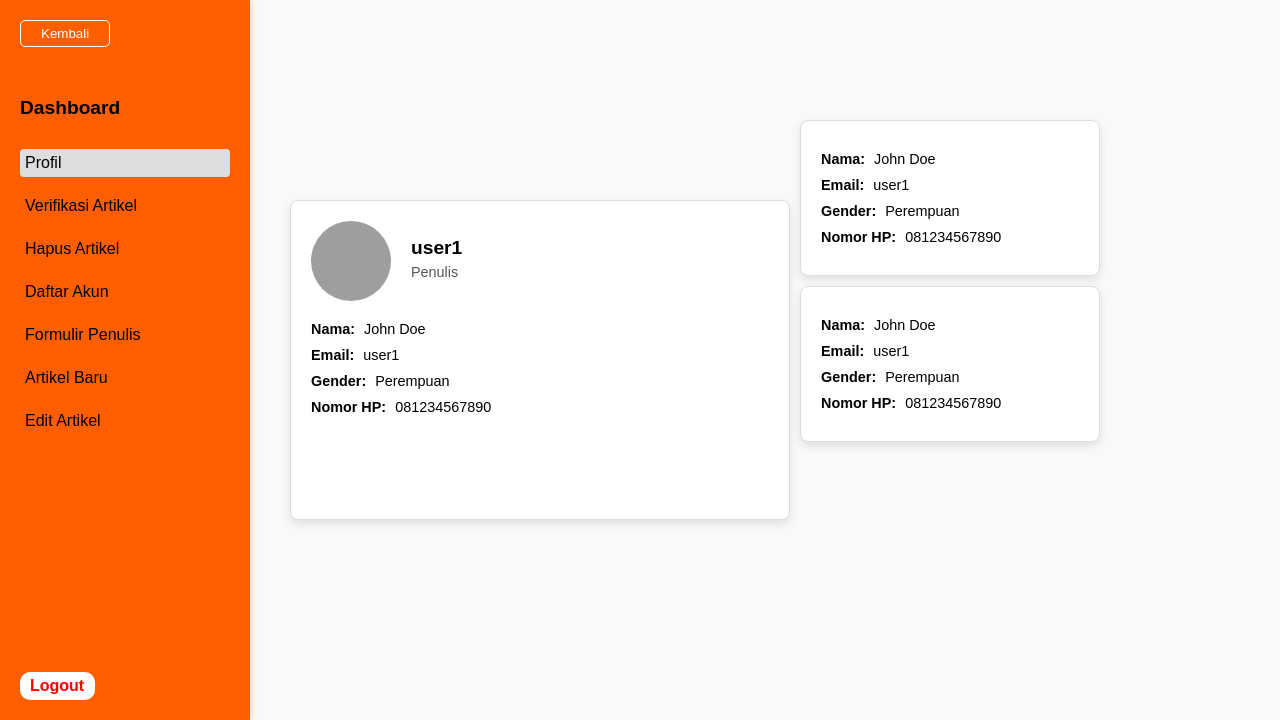
Repository: novalArd/Website_Berita_360News
Page: http://localhost/tes/Profile.php
The author's editor kept a copy of each file at every save. The page is drawn from the files as they stood at one save, then again after a run of saves.
The browser window is 1280 px wide. The pictures show the whole page.
Pictures or frames that could not be fetched are drawn as grey boxes. The page is run by PHP 8.4 with error messages shown; the project is at /var/www/html/. The session is filled in as if someone had signed in: {"user_id": 1, "username": "user1", "role": "admin", "nama_lengkap": "John Doe", "jenis_kelamin": "", "nomor_hp": "081234567890"}. Other server files are loaded and not shown. The database holds what the project's SQL file puts in it.

Above is the page before, as saved 2024-12-16 23:48:28.

### tes/Profile.php
<?php
session_start();
if (!isset($_SESSION['user_id'])) {
    header('Location: ../pagelogin.html'); // Redirect jika belum login
    exit;
}

require '../database.php'; // Jalur diperbarui untuk mengakses database.php dari folder tes

// Ambil data pengguna dari database berdasarkan sesi
$stmt = $conn->prepare("SELECT * FROM users WHERE id = :id");
$stmt->execute(['id' => $_SESSION['user_id']]);
$user = $stmt->fetch(PDO::FETCH_ASSOC);

if (!$user) {
    echo "Pengguna tidak ditemukan.";
    exit;
}
?>

<!DOCTYPE html>
<html lang="id">
<head>
  <meta charset="UTF-8">
  <meta name="viewport" content="width=device-width, initial-scale=1.0">
  <title>Profil Saya</title>
  <link rel="stylesheet" href="profile.css?v=1.0">
</head>
<body>
  <div class="container">
    <!-- Sidebar -->
    <aside class="sidebar">
      <div class="kembali-btn">
        <button>Kembali</button>
      </div>
    <h3>Dashboard</h3>
      <ul>
        <?php if ($_SESSION['role'] === 'admin'): ?>
        <!-- Menu untuk admin -->
        <li><a id="profil" href="admin.php">Profil</a></li>
        <li><a id="verifikasiArtikel" href="verifikasi.php">Verifikasi Artikel</a></li>
        <li><a id="hapusArtikel" href="hapus_artikel.php">Hapus Artikel</a></li>
        <li><a id="daftarAkun" href="daftar_akun.php">Daftar Akun</a></li>
        <li><a id="formulirPenulis" href="form_penulis.php">Formulir Penulis</a></li>
        <li><a id="artikelBaru" href="artikel_baru.php">Artikel Baru</a></li>
        <li><a id="editArtikel" href="edit_artikel.php">Edit Artikel</a></li>
        <?php elseif ($_SESSION['role'] === 'penulis'): ?>
        <!-- Menu untuk penulis -->
        <li><a id="profil" href="Profile.php">Profile</a></li>
        <li><a id="tambahArtikel" href="Tambah.php">Tambah Artikel</a></li>
        <li><a id="editArtikel" href="edit_artikel.php">Edit Artikel</a></li>
        <li><a id="artikelSaya" href="artikel_saya.php">Artikel Saya</a></li>
        <li><a id="hapusArtikel" href="hapus_artikel.php">Hapus Artikel</a></li>
        <?php endif; ?>
      </ul>
    <a href="../logout.php" class="logout">Logout</a>
  </aside>

    <!-- Main Content -->
    <main class="main-content">

      <div class="profile-card" id="profil-nama">
        <div class="profile-header">
          <img src="profile-pic.jpg" alt="Foto Profil" class="profile-img">
          <div>
            <h3><?php echo htmlspecialchars($user['username']); ?></h3>
            <p>Penulis</p>
          </div>
        </div>
        <div class="profile-details">
          <p><strong>Nama:</strong> <?php echo htmlspecialchars($user['nama_lengkap']); ?></p>
          <p><strong>Email:</strong> <?php echo htmlspecialchars($user['username']); ?></p>
          <p><strong>Gender:</strong> <?php echo $user['jenis_kelamin'] == 'L' ? 'Laki-laki' : 'Perempuan'; ?></p>
          <p><strong>Nomor HP:</strong> <?php echo htmlspecialchars($user['nomor_hp']); ?></p>
        </div>
      </div>
      <div class="profile-2">
      <div class="profile-card">
        <div class="profile-details">
          <p><strong>Nama:</strong> <?php echo htmlspecialchars($user['nama_lengkap']); ?></p>
          <p><strong>Email:</strong> <?php echo htmlspecialchars($user['username']); ?></p>
          <p><strong>Gender:</strong> <?php echo $user['jenis_kelamin'] == 'L' ? 'Laki-laki' : 'Perempuan'; ?></p>
          <p><strong>Nomor HP:</strong> <?php echo htmlspecialchars($user['nomor_hp']); ?></p>
        </div>
      </div>
      <div class="profile-card">
        <div class="profile-details">
          <p><strong>Nama:</strong> <?php echo htmlspecialchars($user['nama_lengkap']); ?></p>
          <p><strong>Email:</strong> <?php echo htmlspecialchars($user['username']); ?></p>
          <p><strong>Gender:</strong> <?php echo $user['jenis_kelamin'] == 'L' ? 'Laki-laki' : 'Perempuan'; ?></p>
          <p><strong>Nomor HP:</strong> <?php echo htmlspecialchars($user['nomor_hp']); ?></p>
        </div>
      </div>
      </div>
    </main>
  </div>
</body>
</html>

### database.php
<?php
$host = 'localhost';
$dbname = 'news_management';
$username = 'root'; // Sesuaikan dengan username database Anda
$password = ''; // Sesuaikan dengan password database Anda

try {
    // Membuat koneksi ke database menggunakan PDO
    $conn = new PDO("mysql:host=$host;dbname=$dbname", $username, $password);
    $conn->setAttribute(PDO::ATTR_ERRMODE, PDO::ERRMODE_EXCEPTION);
} catch (PDOException $e) {
    // Menampilkan pesan jika koneksi gagal
    echo "Connection failed: " . $e->getMessage();
    die();
}

// Fungsi untuk memeriksa keberadaan pengguna dalam database tanpa hashing password
function checkUser($username, $password) {
    global $conn;
    $stmt = $conn->prepare("SELECT * FROM users WHERE username = :username AND password = :password"); // Query SQL untuk mencari username dan password
    $stmt->execute(['username' => $username, 'password' => $password]);
    $user = $stmt->fetch(PDO::FETCH_ASSOC);

    return $user ? $user : false; // Mengembalikan data pengguna jika ditemukan, false jika tidak
}
?>

### tes/profile.css
/* Reset CSS */
* {
  margin: 0;
  padding: 0;
  box-sizing: border-box;
}
/* General Styles */
body {
  margin: 0;
  font-family: Arial, sans-serif;
  background-color: #f9f9f9;
  display: flex;
}

.container {
  display: flex;
  width: 100%;
  height: 100vh;
}

/* Sidebar */
.sidebar {
  background-color: #FD5F00;
  width: 250px;
  padding: 20px;
  display: flex;
  flex-direction: column;
  box-shadow: 2px 0 5px rgba(0, 0, 0, 0.1);
}

.sidebar .kembali-btn button {
  padding: 5px 20px;
  border: 1px solid white;
  color: white;
  background-color: #FD5F00;
  border-radius: 5px;
  transition: all 0.2s ease-in-out;
}

.sidebar .kembali-btn button:hover {
  color: black;
  background-color: white;
  border: 1px solid white;
  cursor: pointer;
}

.sidebar h3 {
  font-size: 1.2em;
  margin-bottom: 30px;
  margin-top: 50px;
}

.sidebar ul {
  list-style: none;
  padding: 0;
  margin: 0;
}

.sidebar ul li {
  margin-bottom: 15px;
}

.sidebar ul li a {
  text-decoration: none;
  color: black;
  font-size: 1em;
  padding: 5px;
  display: block;
  transition: background-color 0.3s ease;
}

.sidebar ul li #profil {
  background-color: #ddd;
  border-radius: 4px;
}

.sidebar ul li a:hover {
  background-color: #ddd;
  border-radius: 4px;
}

.logout {
  width: 75px;
  margin-top: auto;
  color: red;
  background-color: white;
  font-weight: bold;
  text-decoration: none;
  padding: 5px 10px;
  display: inline-block;
  border-radius: 10px;
}

.logout:hover {
  background-color: #fdd;
  border-radius: 10px;
}

/* Main Content */
.main-content {
  display: flex;
  padding: 40px;
}

.main-content h2 {
  margin-bottom: 20px;
  font-size: 1.5em;
  color: #333;
  text-align: center;
  margin-bottom: 20px;
}

/* Profile Card */
.profile-card {
  background-color: #fff;
  border: 1px solid #ddd;
  border-radius: 8px;
  box-shadow: 0 4px 10px rgba(0, 0, 0, 0.1);
  padding: 20px;
  max-width: 600px;
  width: 500px;
  margin: auto;
}

.container #profil-nama {
  height: 320px;
}

.profile-2 {
  margin-top: 70px;
}

.profile-2 .profile-card {
  margin: 10px;
  width: 300px;
}

.profile-header {
  display: flex;
  align-items: center;
  margin-bottom: 20px;
}

.profile-img {
  width: 80px;
  height: 80px;
  border-radius: 50%;
  margin-right: 20px;
}

.profile-header h3 {
  margin: 0;
  font-size: 1.2em;
}

.profile-header p {
  margin: 5px 0;
  color: #555;
  font-size: 0.9em;
}

.profile-details p {
  margin: 10px 0;
  font-size: 0.9em;
}

.profile-details p strong {
  font-weight: bold;
  margin-right: 5px;
}

.article-form {
  background-color: #fff;
  padding: 20px;
  border-radius: 8px;
  box-shadow: 0 4px 10px rgba(0, 0, 0, 0.1);
  max-width: 600px;
  margin: auto;
}

.form-group {
  margin-bottom: 20px;
}

.form-group label {
  display: block;
  margin-bottom: 8px;
  font-weight: bold;
}

.form-group input,
.form-group textarea,
.form-group select {
  width: 100%;
  padding: 10px;
  font-size: 1em;
  border: 1px solid #ddd;
  border-radius: 4px;
  box-sizing: border-box;
}

textarea {
  resize: none;
}

.btn-submit {
  background-color: #4CAF50;
  color: #fff;
  border: none;
  padding: 10px 20px;
  font-size: 1em;
  border-radius: 4px;
  cursor: pointer;
  transition: background-color 0.3s ease;
}

.btn-submit:hover {
  background-color: #45a049;
}

.form-group select {
  width: 100%;
  padding: 10px;
  font-size: 1em;
  border: 1px solid #ddd;
  border-radius: 4px;
  box-sizing: border-box;
  margin-bottom: 10px;
}

### news_management.sql (the tables this page reads)
CREATE TABLE `users` (
  `id` int(11) NOT NULL,
  `username` varchar(255) NOT NULL,
  `password` varchar(255) NOT NULL,
  `role` enum('admin','penulis','pengguna') DEFAULT 'pengguna',
  `nama_lengkap` varchar(255) NOT NULL,
  `jenis_kelamin` enum('L','P') NOT NULL,
  `nomor_hp` varchar(15) NOT NULL,
  `email` varchar(100) DEFAULT NULL,
  `created_at` datetime NOT NULL DEFAULT current_timestamp()
) ENGINE=InnoDB DEFAULT CHARSET=utf8mb4 COLLATE=utf8mb4_general_ci;

INSERT INTO `users` (`id`, `username`, `password`, `role`, `nama_lengkap`, `jenis_kelamin`, `nomor_hp`, `email`, `created_at`) VALUES
(1, 'user1', 'password123', 'admin', 'John Doe', '', '081234567890', NULL, '2024-12-13 14:24:59'),
(2, 'user2', 'mypassword', 'admin', 'Jane Doe', '', '082345678901', NULL, '2024-12-13 14:24:59'),
(3, 'user3', 'alexpass', 'admin', 'Alex Smith', '', '083456789012', NULL, '2024-12-13 14:24:59'),
(4, 'admin01', 'password123', 'admin', 'Admin Satu', 'L', '081234567890', 'admin01@example.com', '2024-12-13 14:26:12'),
(5, 'Alex', 'password123', 'penulis', 'Alex Hunter', 'L', '082345678901', 'penulis01@example.com', '2024-12-13 14:26:12'),
(6, 'Edho', 'password123', 'penulis', 'Penulis Dua', 'L', '083456789012', 'penulis02@example.com', '2024-12-13 14:26:12'),
(7, 'EdhoGanteng', '1234', 'pengguna', 'Agustino Edward', 'L', '082123234331', 'edho@gmail.com', '2024-12-24 04:21:20'),
(8, 'Ferry', '1234', 'pengguna', 'Josua', 'L', '', 'sted.se@anup1.com', '2024-12-31 01:01:48');

ALTER TABLE `users`
  ADD PRIMARY KEY (`id`),
  ADD UNIQUE KEY `username` (`username`),
  ADD UNIQUE KEY `email` (`email`);

ALTER TABLE `users`
  MODIFY `id` int(11) NOT NULL AUTO_INCREMENT, AUTO_INCREMENT=9;

After the next 2 saves:
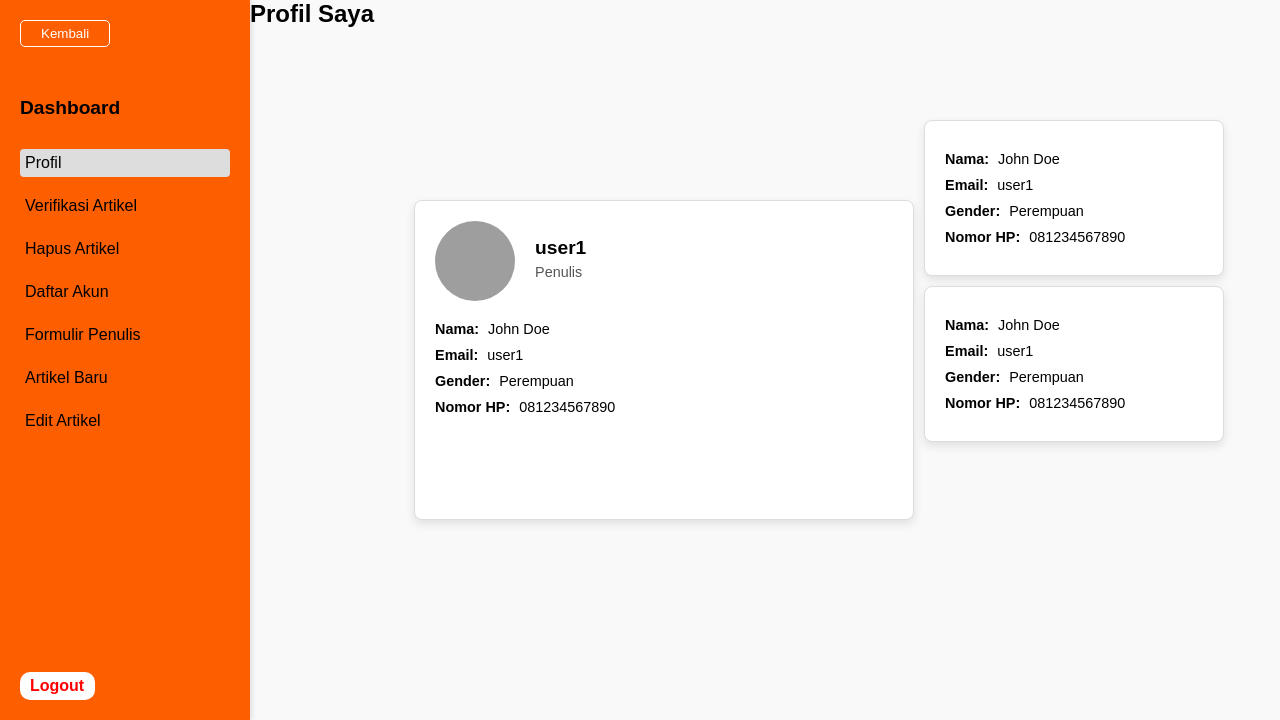
The 2 saves are shown as one change because they came seconds apart.
The last was saved 11 s later.
--- a/tes/Profile.php
+++ b/tes/Profile.php
@@ -57,6 +57,7 @@ if (!$user) {
   </aside>
 
     <!-- Main Content -->
+    <h2>Profil Saya</h2>
     <main class="main-content">
 
       <div class="profile-card" id="profil-nama">
